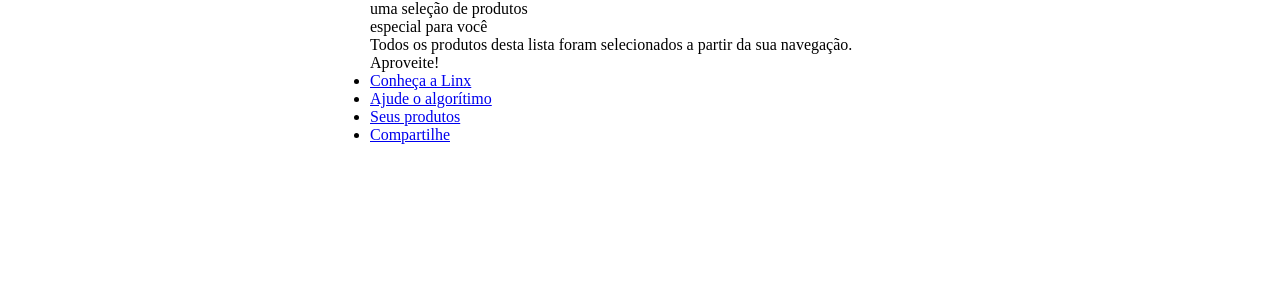
Repository: danielpellicano/front-end-developer-test-linx-2020
Page: index.html
These files come from the project's save history. The page is drawn as it stood at one moment and after the next save; the edit follows.
The browser window is 1280 px wide. The pictures show the whole page.
Some web fonts or font styles are not loaded; a fallback is used.

Above is the page before, as saved 2020-09-01 11:58:14.

After the next save:
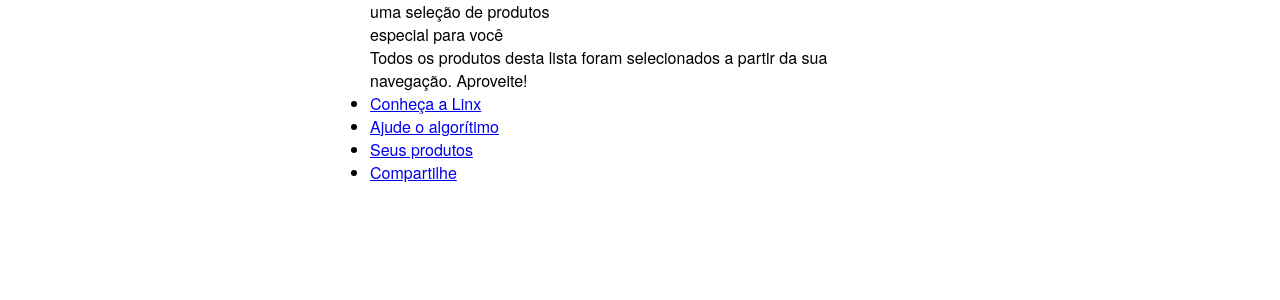
Saved 2 min 22 s later.
--- a/css/style.css
+++ b/css/style.css
@@ -2,16 +2,16 @@
 
 @font-face {
     font-family: 'Helvetica Neue';
-    src: url('~@/assets/fonts/HelveticaNeue.eot');
-    src: url('~@/assets/fonts/HelveticaNeue.eot?#iefix') format('embedded-opentype'), url('~@/assets/fonts/HelveticaNeue.woff2') format('woff2'), url('~@/assets/fonts/HelveticaNeue.woff') format('woff'), url('~@/assets/fonts/HelveticaNeue.ttf') format('truetype');
+    src: url('../fonts/HelveticaNeue.eot');
+    src: url('../fonts/HelveticaNeue.eot?#iefix') format('embedded-opentype'), url('../fonts/HelveticaNeue.woff2') format('woff2'), url('../fonts/HelveticaNeue.woff') format('woff'), url('../fonts/HelveticaNeue.ttf') format('truetype');
     font-weight: normal;
     font-style: normal;
 }
 
 @font-face {
-    font-family: 'Helvetica Neue';
-    src: url('~@/assets/fonts/HelveticaNeue-Bold.eot');
-    src: url('~@/assets/fonts/HelveticaNeue-Bold.eot?#iefix') format('embedded-opentype'), url('~@/assets/fonts/HelveticaNeue-Bold.woff2') format('woff2'), url('~@/assets/fonts/HelveticaNeue-Bold.woff') format('woff'), url('~@/assets/fonts/HelveticaNeue-Bold.ttf') format('truetype');
+    font-family: 'Helvetica Neue Bold';
+    src: url('../fonts/HelveticaNeue-Bold.eot');
+    src: url('../fonts/HelveticaNeue-Bold.eot?#iefix') format('embedded-opentype'), url('../fonts/HelveticaNeue-Bold.woff2') format('woff2'), url('../fonts/HelveticaNeue-Bold.woff') format('woff'), url('../fonts/HelveticaNeue-Bold.ttf') format('truetype');
     font-weight: bold;
     font-style: normal;
 }
@@ -84,6 +84,10 @@ video {
 
 /* CSS General */
 
+body {
+    font-family: 'Helvetica Neue';
+}
+
 .container {
     width: 100%;
     padding-right: 15px;
